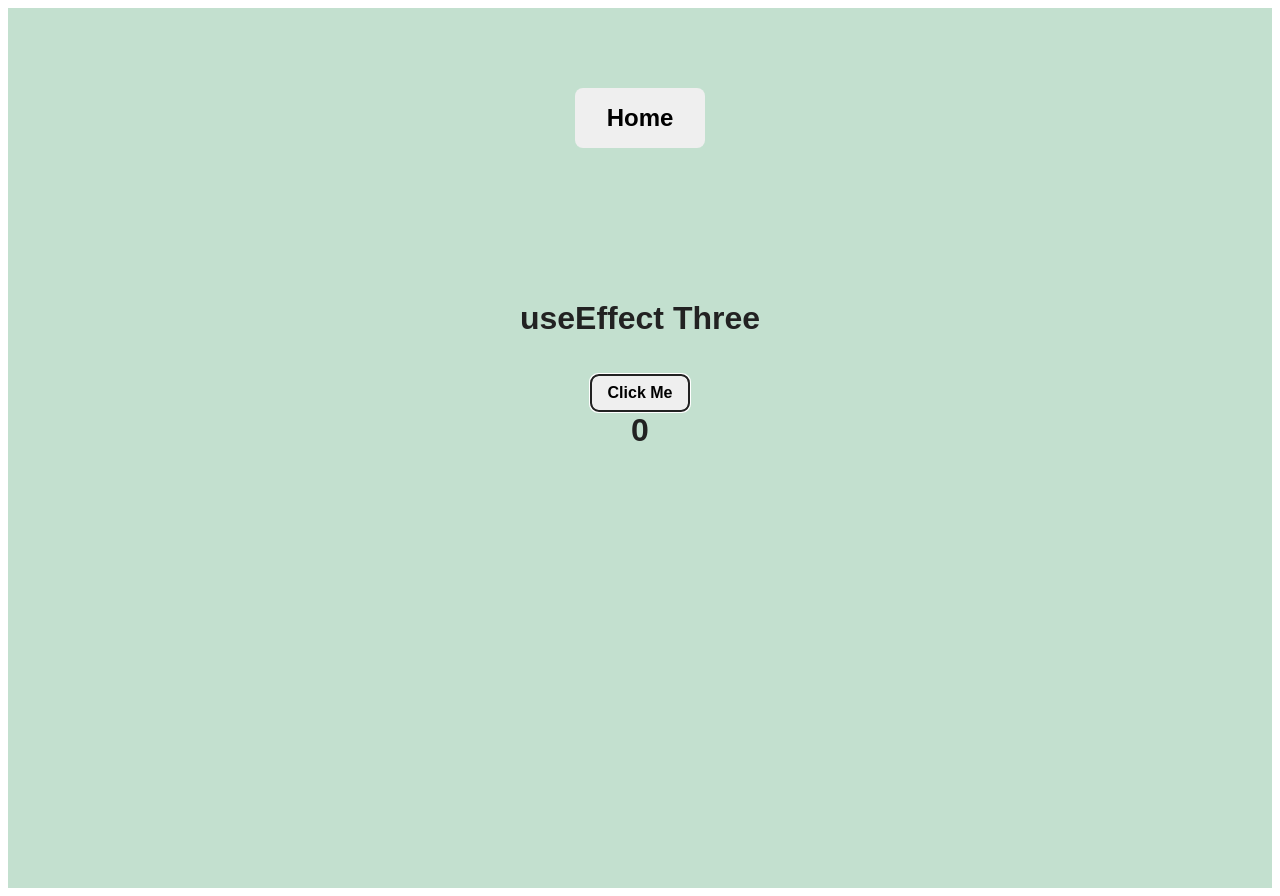
Repository: giovanabirck/class8
Page: /useEffectThree
An editor plug-in stored every save of this project. The page is shown before and after the next save, followed by the edit.
The browser window is 1280 px wide. The pictures show the whole page.
The project was rebuilt for these pictures with package versions that can differ from the ones it lists, and the page was loaded fresh each time. The framework's server and built-in components were replaced by stand-ins that run in the browser. Also part of the build but not shown: next.config.js.

Above is the page before, as saved 2023-02-23 18:17:24.

### pages/useEffectThree.js
import Link from "next/link"
import { useEffect, useState } from "react";
import styles from '@/styles/UseEffectThree.module.css'


export default function useEffectThree() {

    const [number, setNumber] = useState(0);

    const [value, setValue] = useState(-10);

    useEffect(() => {
        setValue(value + 10)
    }, [number])

    return(
        <>
            <main className={styles.main}>

                <div className={styles.top_back}>
                    <Link href="/">
                        <button className={styles.btn}>Home</button>
                    </Link>
                </div>

                <div className={styles.content}>

                    <div className={styles.content_title}>
                        useEffect Three
                    </div>

                    <div>
                        <button className={styles.btn_secondary} onClick={() => setNumber(number + 1)}>Click Me</button>
                    </div>

                    <div>
                        {value}
                    </div>

                </div>


            </main>
        </>
    )
}

### styles/globals.css
:root {
  --blue: #95CDF9;
  --green: #C3E0CF;
  --orange: #EF8B66;
  --white: #f4f9fd;
  --black: #222222;
  }

### styles/UseEffectThree.module.css
.main {
    display: flex;
    flex-direction: column;
    align-items: center;
    padding: 5rem;
    height: 100vh;
    font-family: Arial, Helvetica, sans-serif;
    color: var(--black);
    background-color: var(--green);
  }

  .btn {
    font-weight: 900;
    font-size: 1.5rem;
    padding: 1rem 2rem;
    border-radius: 0.5rem;
    border-style: none;
    cursor: pointer;
  }

  .top_back {
    height: 25vh;
  }

  .content {
    display: flex;
    flex-direction: column;
    align-items: center;
    font-size: 2rem;
    font-weight: 800;
  }

  .content_title {
    padding: 2rem;
  }

  .btn_secondary {
    font-weight: 600;
    font-size: 1rem;
    padding: 0.5rem 1rem;
    border-radius: 0.5rem;
    border-style: solid;
    outline: auto;
    outline-color: var(--black);
    cursor: pointer;
  }

Loaded but not shown: pages/_app.js (common file); pages/_document.js (common file)

After the next save:
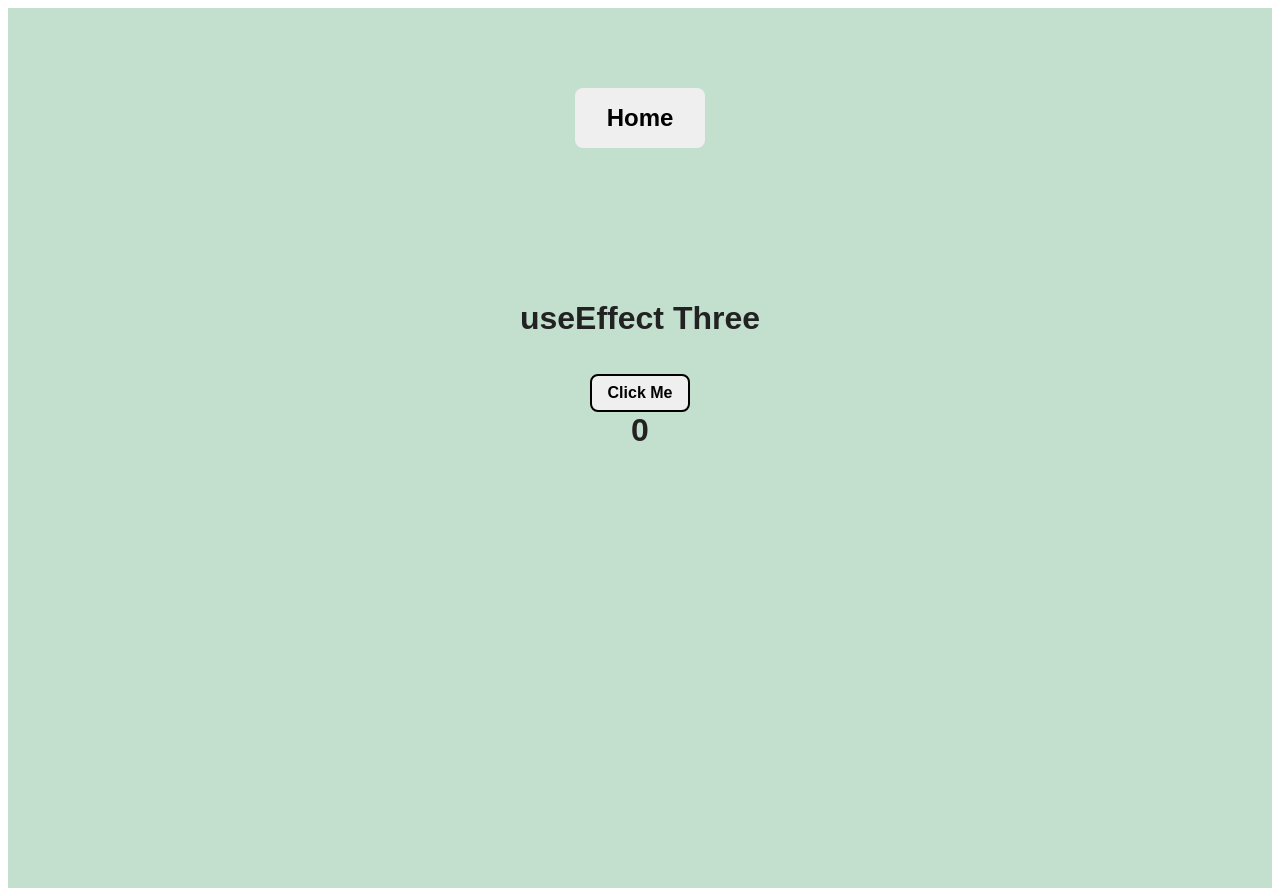
Saved 4 s later.
--- a/styles/UseEffectThree.module.css
+++ b/styles/UseEffectThree.module.css
@@ -40,7 +40,5 @@
     padding: 0.5rem 1rem;
     border-radius: 0.5rem;
     border-style: solid;
-    outline: auto;
-    outline-color: var(--black);
     cursor: pointer;
   }
